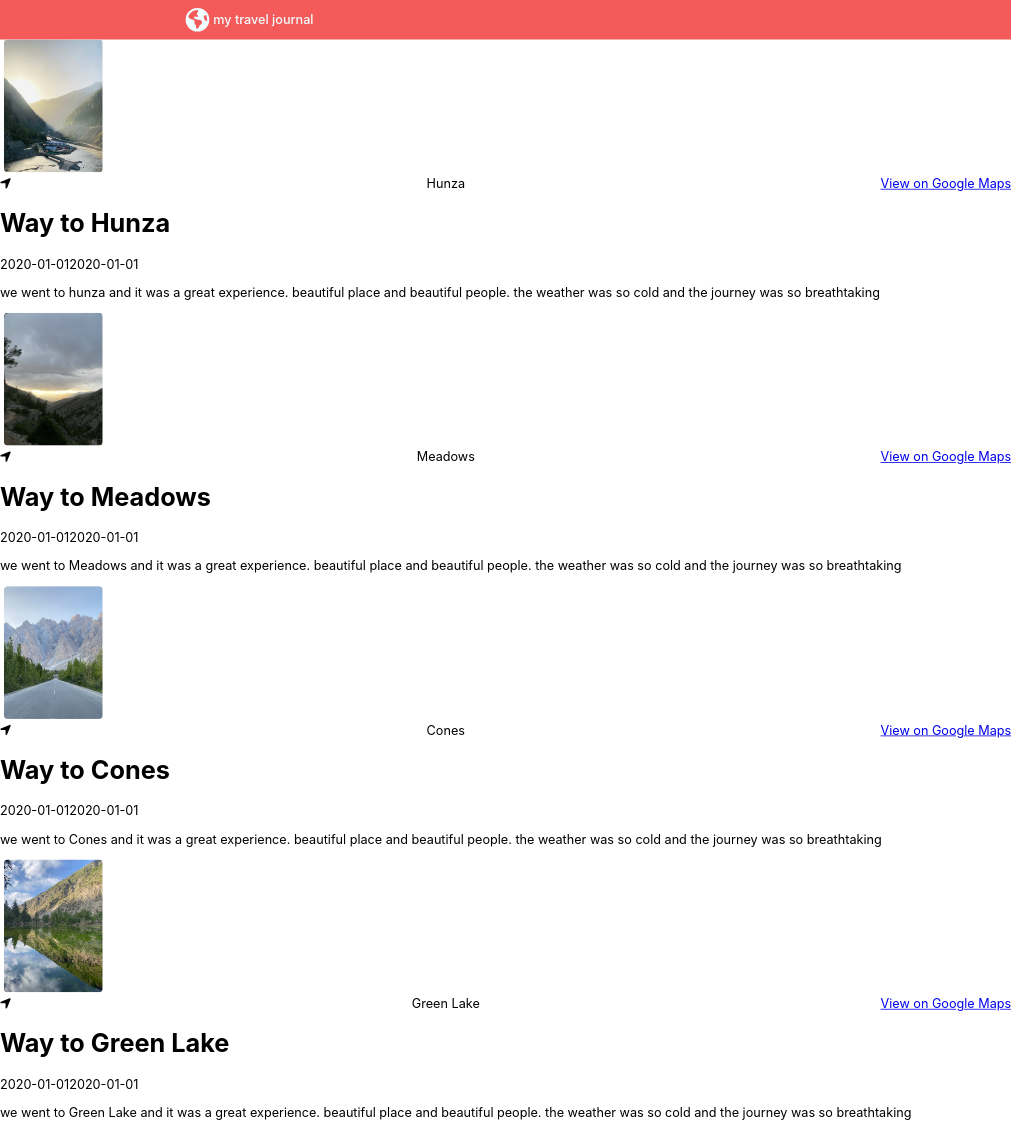
Repository: mortiestmorty1/travel-journal
Page: /
These files come from the project's save history. The page is drawn as it stood at one moment and after the next save; the edit follows.
The browser window is 1280 px wide. The pictures show the whole page, at 79% of full size.
The project was rebuilt for these pictures with package versions that can differ from the ones it lists, and the page was loaded fresh each time.

Above is the page before, as saved 2024-01-17 15:04:10.

After the next save:
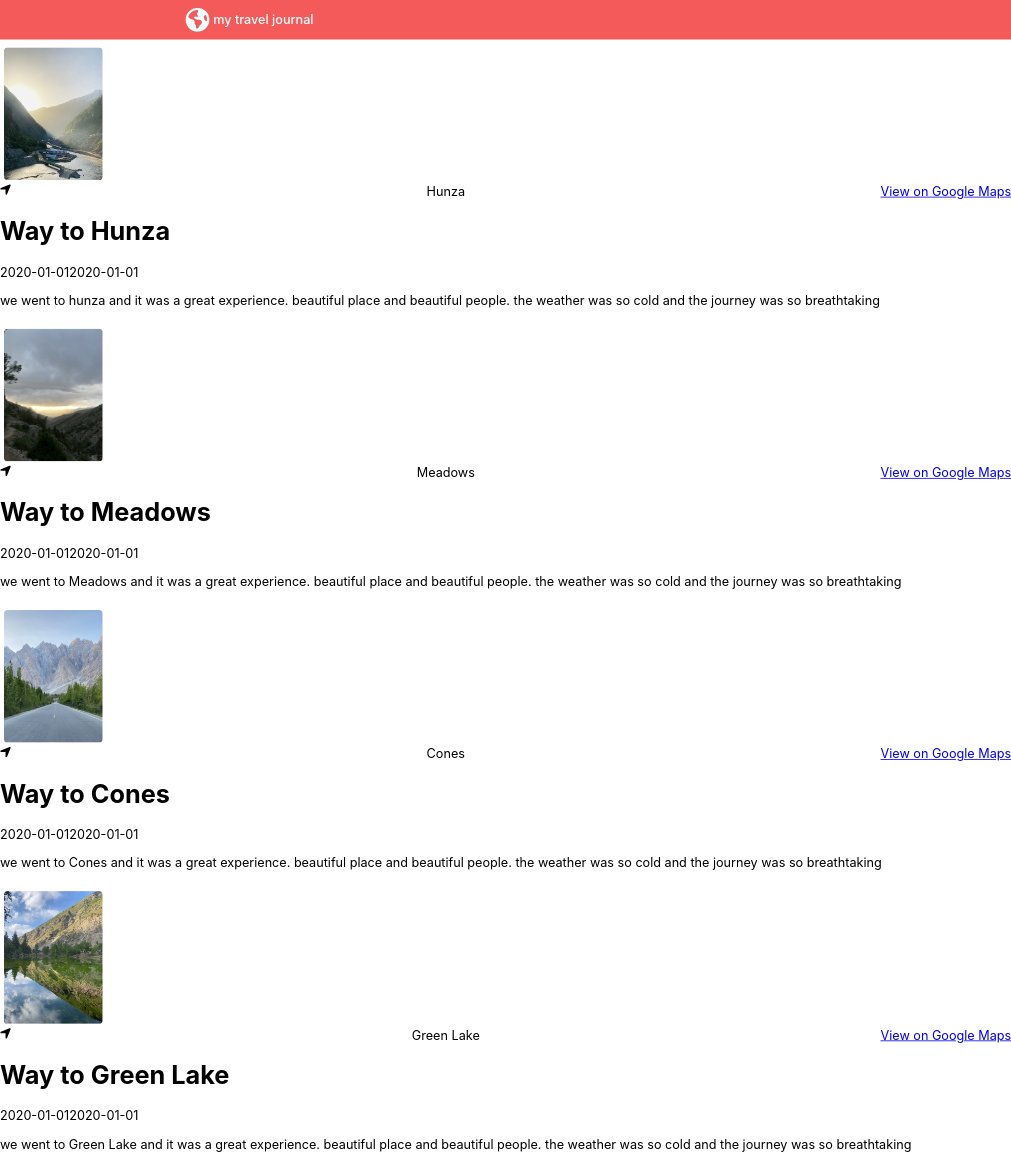
Saved 42 s later.
--- a/src/App.css
+++ b/src/App.css
@@ -30,6 +30,7 @@
   margin-left: 5px;
   color: azure;
   border-radius: 5px;
+  margin-top: 10px;
 }
 .content-container{
 
@@ -37,7 +38,7 @@
 .section1{
   display: flex;
   justify-content: space-between;
-  align-items: center;
+  align-items: ce
 }
 .Title{
 
